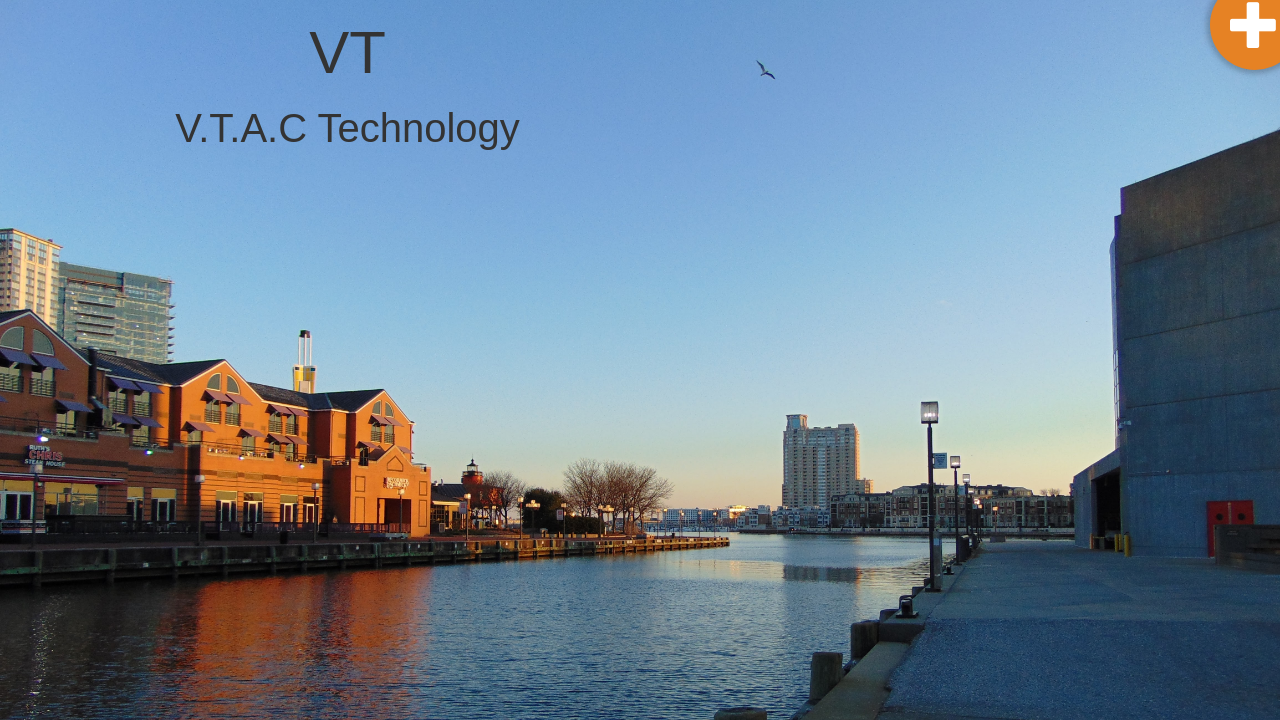
Repository: danidark9312/vtac
Page: http://localhost/vtacTechnology/
An editor plug-in stored every save of this project. The page is shown before and after the next save, followed by the edit.
The browser window is 1280 px wide. The pictures show the whole page.
The page is served by Tomcat 9.

Above is the page before, as saved 2017-01-30 17:55:21.
Console error (its wording comes from the project's code and is left out).

### vtacTechnology/WebContent/index.jsp
<%@ page language="java" contentType="text/html; charset=ISO-8859-1"
    pageEncoding="ISO-8859-1"%>
<!DOCTYPE html PUBLIC "-//W3C//DTD HTML 4.01 Transitional//EN" "http://www.w3.org/TR/html4/loose.dtd">
<html>
<head>
	<meta http-equiv="Content-Type" content="text/html; charset=ISO-8859-1">
	<title>VTAC Tehnology</title>

	<link href="bootstrap/css/bootstrap.min.css" rel="stylesheet">
 	<script src="bootstrap/js/bootstrap.min.js"> </script>
 	<script src="jquery/jquery.min.js" ></script>
 	<script src="js/menu.js" ></script>

 	<link href="css/common.css" rel="stylesheet" />

</head>
<body>
<div class="menuContainer">
<div class="floatingMenu" onclick="openMenu()">
 <span class="glyphicon glyphicon-plus" aria-hidden="true"></span>
</div>
	<div class="optionGroup">
		<div class="option">Services</div>
		<div class="option">Portfolio</div>
		<div class="option">Contact</div>
	</div>

</div>
	<div class="container">
		<div class="row">
			<div class="col-md-6">
				<div class="mainLogo">
					<h1>VT</h1>
					<h2>V.T.A.C Technology</h2>

				</div>
			</div>
		</div>
	</div>


</body>
</html>

### vtacTechnology/WebContent/js/menu.js
/**
 *
 */

$(document).ready(function(){
// function for the floating button when cursor leave the button, must hide all options
})

function openMenu(){
	$(".optionGroup .option").toggleClass("shown");
}

### vtacTechnology/WebContent/css/common.css

@CHARSET "ISO-8859-1";


:root {
  --main-color: #e68224;
  --main-color-highlighted: #e8a05d;
}

*{
	font-family: "Comic Sans MS", cursive, sans-serif;
}

.menuContainer{
	position : fixed;
	right: 0px;
	top: 0px;
}

.floatingMenu{
	    background-color: var(--main-color);
    color: white;
    width: 90px;
    height: 90px;
    text-align: center;
    padding: 18px;
    border-radius: 100%;
    box-shadow: 0px 0px 5px 4px rgba(0, 0, 0, 0.18), 0px 4px 12px -7px rgba(0, 0, 0, 0.15);

    -webkit-transition: all .1s ease-out;
    position: absolute;
    right: -20px;
    top: -20px;
    cursor: pointer;
}


.menuContainer .optionGroup{
	        padding: 5px 0;
	        margin-top: 12px;
    font-size: 23px;
    position: absolute;
    top: 70px;
    right: 0px;;
}

.floatingMenu:hover{
	right: 0px;
	top: 0px;
	box-shadow: 0px 0px 14px 6px rgba(0, 0, 0, 0.18), 0px 4px 12px -7px rgba(0, 0, 0, 0.15);
}

.floatingMenu span{
	font-size: 50px;
}

.menuContainer .option{
	    padding: 5px 10px;
    font-size: 23px;
    background: var(--main-color);;
    color: white;
    border-top-left-radius: 20px;
    border-bottom-left-radius: 20px;
    box-shadow: 0px 5px 11px -2px rgba(0, 0, 0, 0.18), 0px 4px 12px -7px rgba(0, 0, 0, 0.15);
    -webkit-transition: all .2s ease-out;
    opacity: 0;
    cursor: pointer;
}
.menuContainer .option:hover{
    background-color: var(--main-color-highlighted);
}

.menuContainer .option.shown{
	opacity: 1;
	margin-top: 5px;
}




body {
	background: #ffffff url("../img/background2.jpg") no-repeat right top;
	background-size: cover;
}

.mainLogo{
	text-align: center;
	padding: 10px;
}

.mainLogo h1{
	font-size: 60px;
	margin-top: 10px;
}

.mainLogo h2{
	font-size: 40px
}

Loaded but not shown: vtacTechnology/WebContent/bootstrap/css/bootstrap.min.css (library); vtacTechnology/WebContent/bootstrap/js/bootstrap.min.js (library); vtacTechnology/WebContent/jquery/jquery.min.js (library)

After the next save:
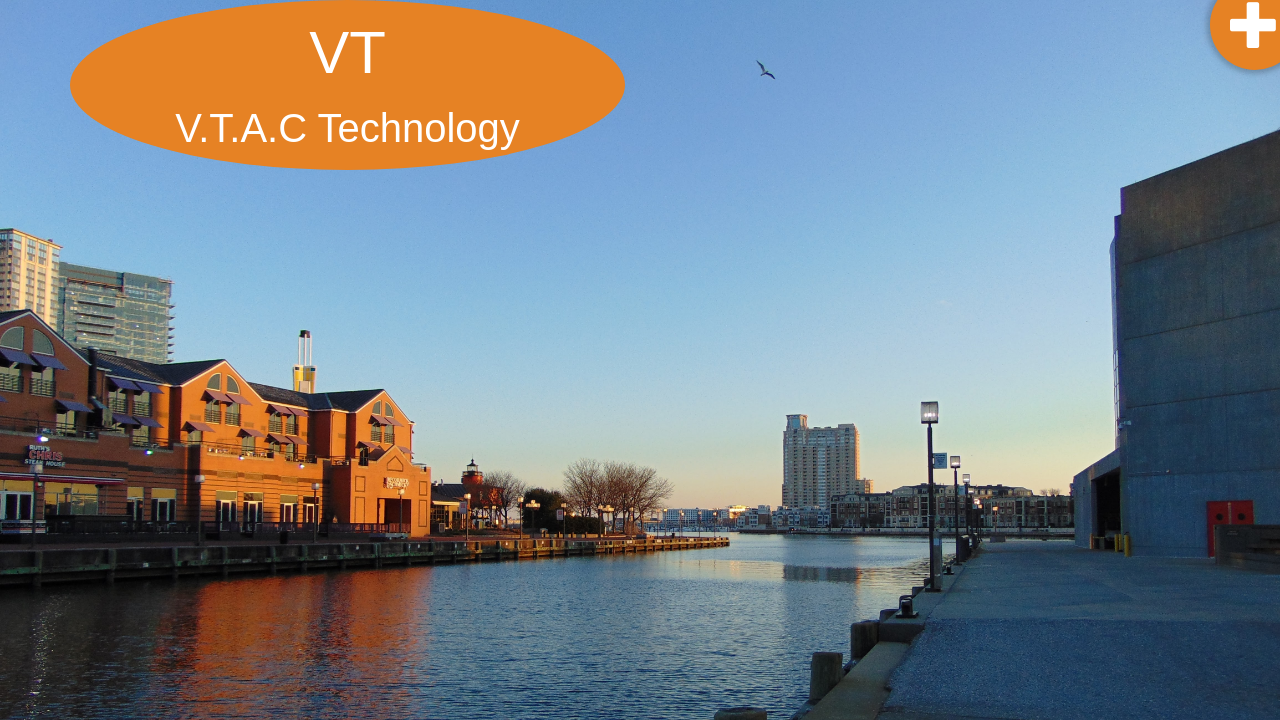
Saved 2 min 33 s later.
--- a/vtacTechnology/WebContent/css/common.css
+++ b/vtacTechnology/WebContent/css/common.css
@@ -84,8 +84,11 @@ body {
 }
 
 .mainLogo{
-	text-align: center;
-	padding: 10px;
+	    text-align: center;
+    padding: 10px;
+    background-color: #e68224;
+    color: white;
+    border-radius: 50%;
 }
 
 .mainLogo h1{
